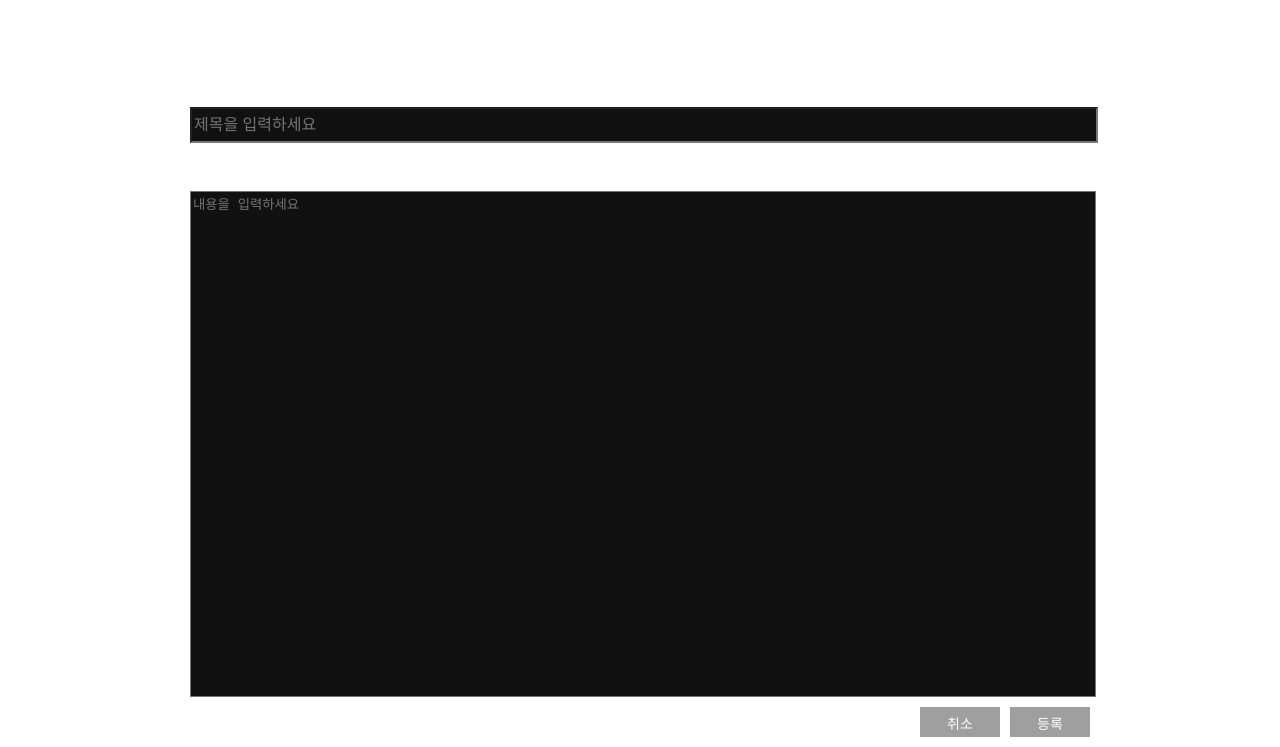
Repository: LeeHyukJe/LHJ
Page: http://localhost/mybbs/mybbs/bbs_form.jsp
An editor plug-in stored every save of this project. The page is shown before and after the next save, followed by the edit.
The browser window is 1280 px wide. The pictures show the whole page.
The page is served by Tomcat 9.

Above is the page before, as saved 2017-09-27 08:02:35.

After the next save:
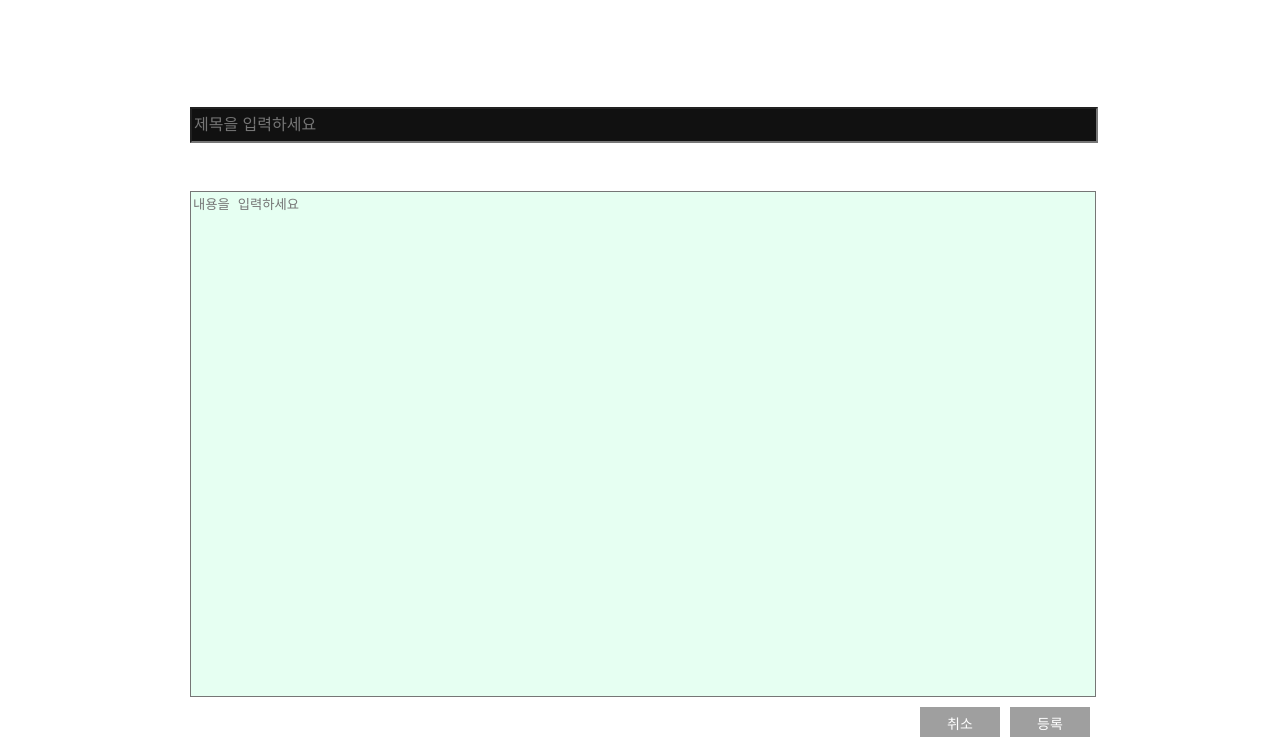
Saved 70 s later.
--- a/mybbs/WebContent/mybbs/bbs_form.jsp
+++ b/mybbs/WebContent/mybbs/bbs_form.jsp
@@ -36,7 +36,7 @@ input {
 textarea {
 	outline: none;
 	color: white;
-	background-color: #111111;
+	background-color: #e6fff2;
 	width: 100%;
 	height: 500px;
 	resize: none;
